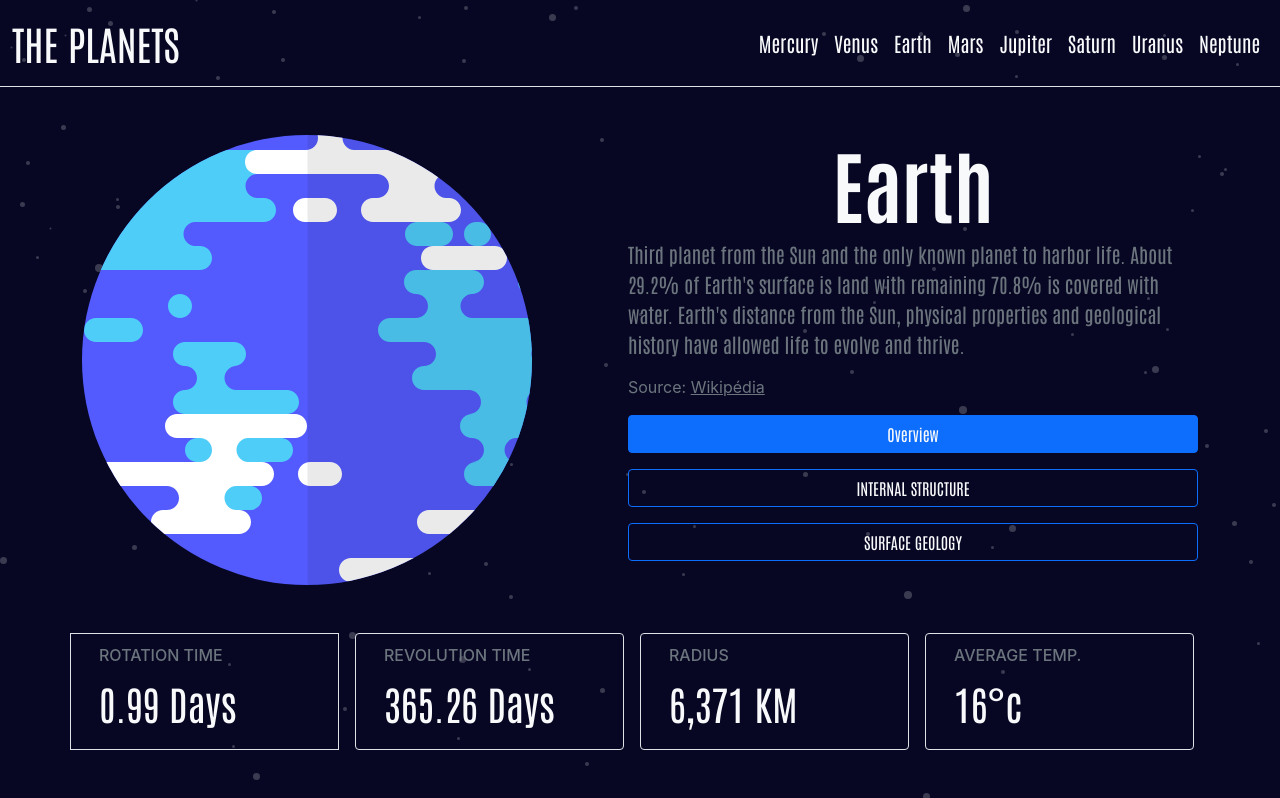
Repository: andre06x/the-planets
Page: /
The author's editor kept a copy of each file at every save. The page is drawn from the files as they stood at one save, then again after the next save.
The browser window is 1280 px wide. The pictures show the whole page.
The project was rebuilt for these pictures with package versions that can differ from the ones it lists, and the page was loaded fresh each time.

Above is the page before, as saved 2021-10-19 16:33:12.

After the next save:
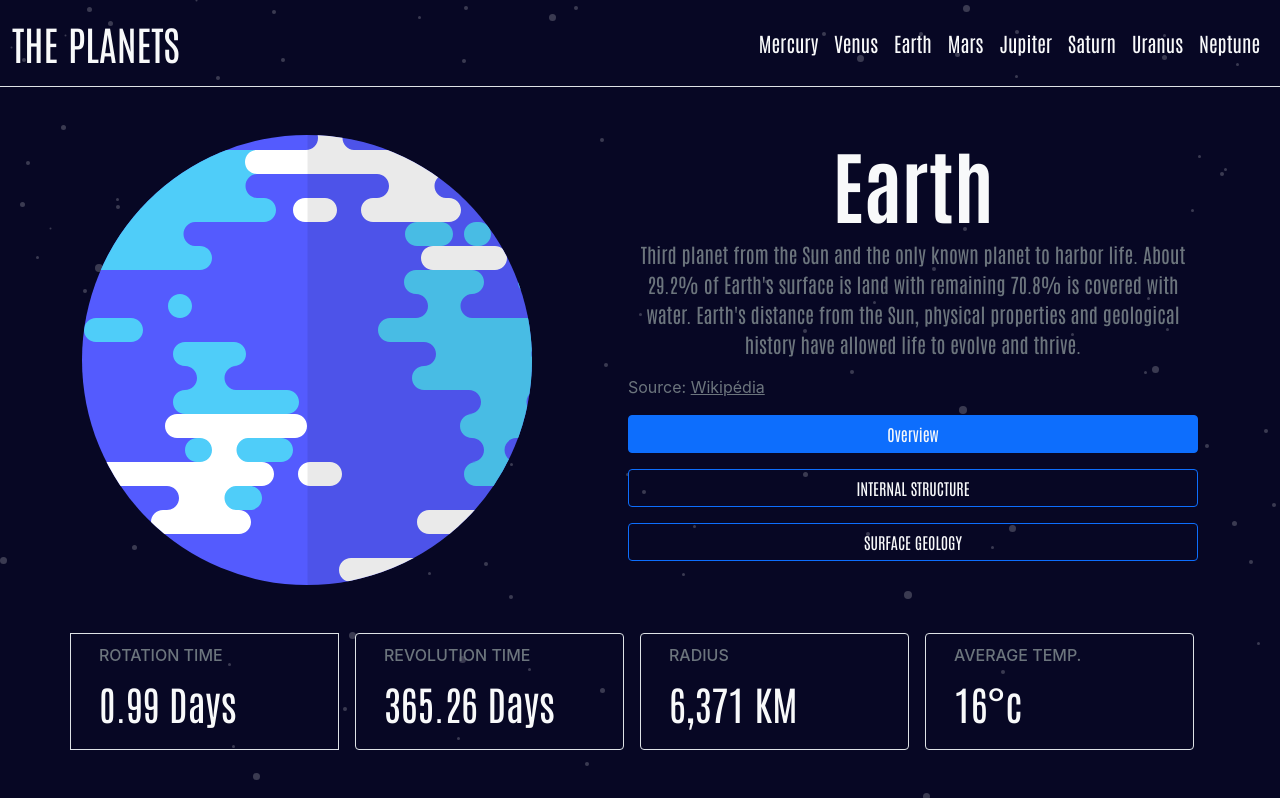
Saved 2 min 13 s later.
--- a/src/components/Container.js
+++ b/src/components/Container.js
@@ -59,7 +59,7 @@ const Container = () => {
             <h1 className="display-1 text-light font-antonio fw-bold text-center">
               {planet}
             </h1>
-            <p className="lead text-muted font-antonio">
+            <p className="lead text-muted font-antonio text-center">
               {text.content}
             </p>
             <span className="text-secondary">
